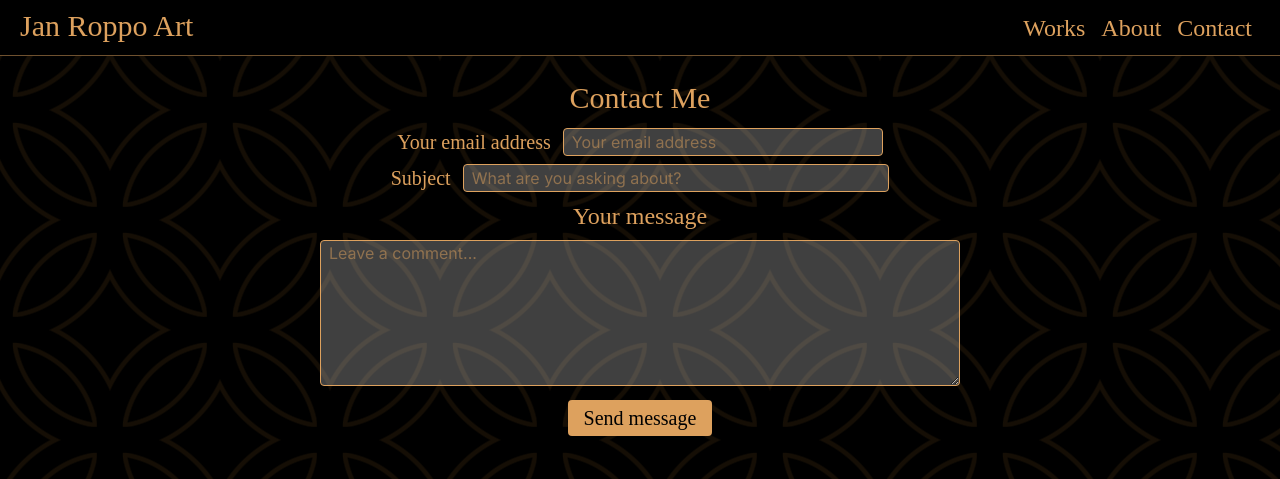
Repository: YanceMcFinn/JRArt
Page: /contact
The author's editor kept a copy of each file at every save. The page is drawn from the files as they stood at one save, then again after the next save.
The browser window is 1280 px wide. The pictures show the whole page.
Some web fonts or font styles are not loaded; a fallback is used. The project was rebuilt for these pictures with package versions that can differ from the ones it lists, and the page was loaded fresh each time. The framework's server and built-in components were replaced by stand-ins that run in the browser. Also part of the build but not shown: next.config.js.

Above is the page before, as saved 2023-10-28 22:51:47.

### app/layout.js
import './globals.css'
import { Inter } from 'next/font/google'

import Navbar from './components/Navbar'

const inter = Inter({ subsets: ['latin'] })

export const metadata = {
  title: 'Jan Roppo Art',
  description: 'The art of Jan Roppo',
}

export default function RootLayout({ children }) {
  return (
    <html lang="en">
      <head>
        <link rel="preconnect" href="https://fonts.googleapis.com" />
        <link rel="preconnect" href="https://fonts.gstatic.com" crossorigin />
        <link href="https://fonts.googleapis.com/css2?family=Macondo+Swash+Caps&display=swap" rel="stylesheet" />
      </head>
      <body className={inter.className}>
        <Navbar />
        {children}
      </body>
    </html>
  )
}

### app/contact/page.jsx
'use client'

import Image from 'next/image'

export default function Contact() {
    return(
        <div className='text-main-color text-center justify-content-center mt-20'>
            <div className='title text-center text-3xl mb-3'>Contact Me</div>
                <form className='w-6/12 mx-auto'>
                    <div className='mb-2 flex justify-center'>
                        <label for="email" className='pr-3 title text-xl'>Your email address</label>
                        <input type="email" className='rounded w-6/12 px-2 bg-white/25 border border-main-color text-main-color placeholder-main-color/50 focus:border-main-color focus:border-2 focus:outline-none focus:ring-0'id="email" placeholder="Your email address" required/>
                    </div>
                    <div className='mb-2 flex justify-center'>
                        <label for="subject" className='pr-3 title text-xl'>Subject</label>
                        <input type="text" id="subject" className='rounded w-4/6 px-2 bg-white/25 border border-main-color text-main-color placeholder-main-color/50 focus:border-main-color focus:border-2 focus:outline-none focus:ring-0' placeholder="What are you asking about?" required/>
                    </div>
                <div class="sm:col-span-2">
              <label for="message" className='title text-2xl' >Your message</label><br/>
              <textarea id="message" rows="6" placeholder="Leave a comment..." className='rounded w-full px-2 mt-2 bg-white/25 border border-main-color text-main-color placeholder-main-color/50 focus:border-main-color focus:border-2 focus:outline-none focus:ring-0'></textarea>
          </div>
          <button type="submit" className='bg-main-color text-black title text-xl rounded px-4 py-1 mt-2'>Send message</button>
      </form>
        </div>
    )
}

### app/globals.css
@tailwind base;
@tailwind components;
@tailwind utilities;

@import url('https://fonts.googleapis.com/css2?family=Macondo+Swash+Caps&display=swap');
/* body {
 background-color: black;
} */


.title {
    font-family: 'Macondo Swash Caps', cursive;
}

html {
    --s: 220px; /* control the size */
    --c1: #150e05;
    --c2: #000000;

    --_g:radial-gradient(#0000 60%,var(--c1) 61% 63%,#0000 64% 77%,var(--c1) 78% 80%,#0000 81%);
    --_c:,#0000 75%,var(--c2) 0;
    background:
      conic-gradient(at 12% 20% var(--_c)) calc(var(--s)* .44) calc(.9*var(--s)),
      conic-gradient(at 12% 20% var(--_c)) calc(var(--s)*-.06) calc(.4*var(--s)),
      conic-gradient(at 20% 12% var(--_c)) calc(.9*var(--s)) calc(var(--s)* .44),
      conic-gradient(at 20% 12% var(--_c)) calc(.4*var(--s)) calc(var(--s)*-.06),
      var(--_g),var(--_g) calc(var(--s)/2) calc(var(--s)/2) var(--c2);
    background-size: var(--s) var(--s);
    background-attachment: fixed;
  }

### app/components/Navbar.jsx
import React from "react";

const Navbar = () => {
    return(
    <>
    <div className="top-0 w-full z-10 h-14 bg-black px-5 py-2 text-main-color border-b border-b-main-color/50 fixed">
      <div className="float-left title text-3xl">
        <a className="hover:text-white" href="/">Jan Roppo Art</a>
      </div>
      <div className="mt-1 float-right title text-2xl">
        <ul>
        <li className="inline px-2">
            <a href="/" className="hover:text-white">Works</a>
          </li>
          <li className="inline px-2">
            <a href="/about" className="hover:text-white">About</a>
          </li>
          <li className="inline px-2">
            <a href="/contact" className="hover:text-white">Contact</a>
          </li>
        </ul>
      </div>
    </div>
    </>

    )
}

export default Navbar

### tailwind.config.js
/** @type {import('tailwindcss').Config} */
module.exports = {
  content: [
    './pages/**/*.{js,ts,jsx,tsx,mdx}',
    './components/**/*.{js,ts,jsx,tsx,mdx}',
    './app/**/*.{js,ts,jsx,tsx,mdx}',
  ],
  theme: {
    extend: {
      backgroundImage: {
      },
      colors: {
        'main-color': '#dda15e'
      },
    },
  },
  plugins: [],
}

After the next save:
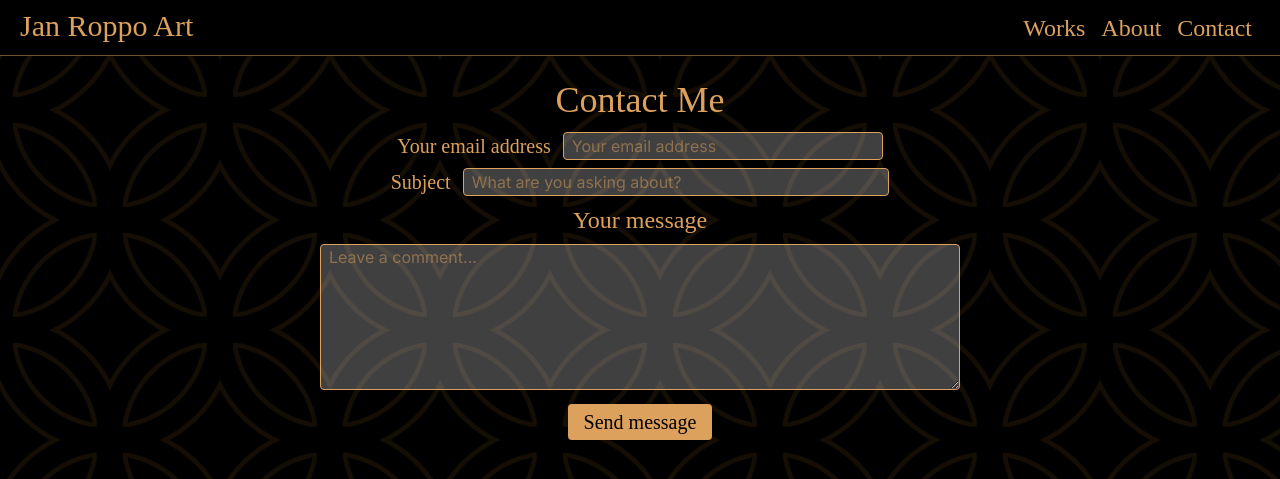
Saved 13 s later.
--- a/app/contact/page.jsx
+++ b/app/contact/page.jsx
@@ -5,7 +5,7 @@ import Image from 'next/image'
 export default function Contact() {
     return(
         <div className='text-main-color text-center justify-content-center mt-20'>
-            <div className='title text-center text-3xl mb-3'>Contact Me</div>
+            <div className='title text-center text-4xl mb-3'>Contact Me</div>
                 <form className='w-6/12 mx-auto'>
                     <div className='mb-2 flex justify-center'>
                         <label for="email" className='pr-3 title text-xl'>Your email address</label>
